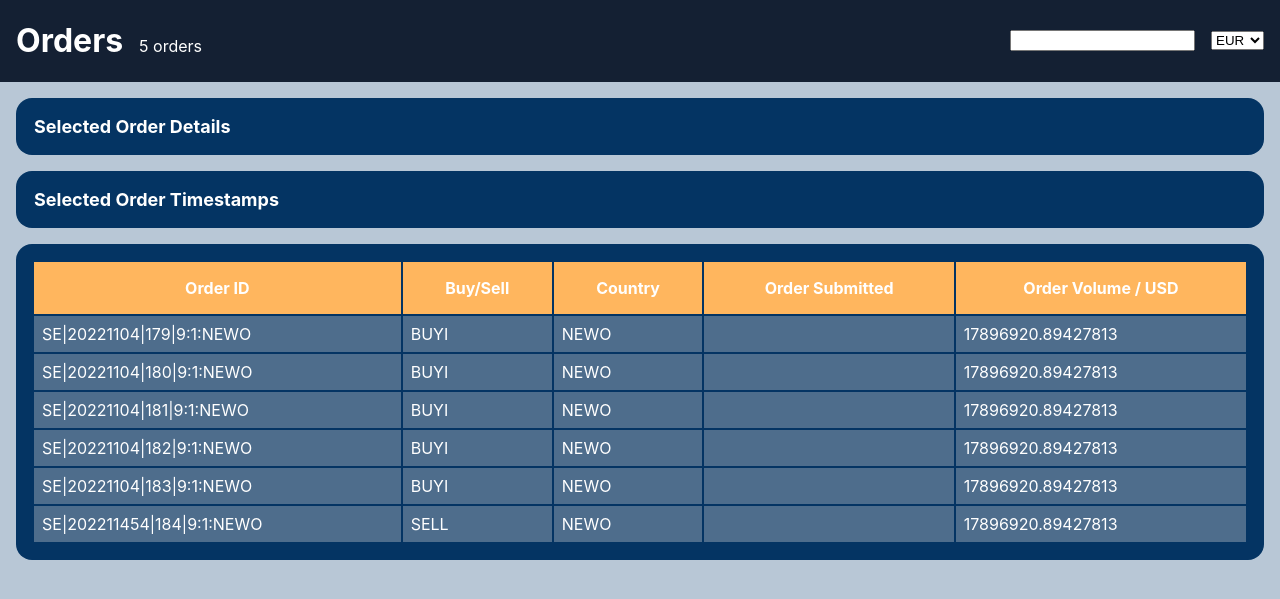
Repository: PreetiToppo/Assignment_Question_1
Page: /
These files come from the project's save history. The page is drawn as it stood at one moment and after a run of saves; the edit follows.
The browser window is 1280 px wide. The pictures show the whole page.
The project was rebuilt for these pictures with package versions that can differ from the ones it lists, and the page was loaded fresh each time.

Above is the page before, as saved 2023-08-04 19:20:18.

After the next 3 saves:
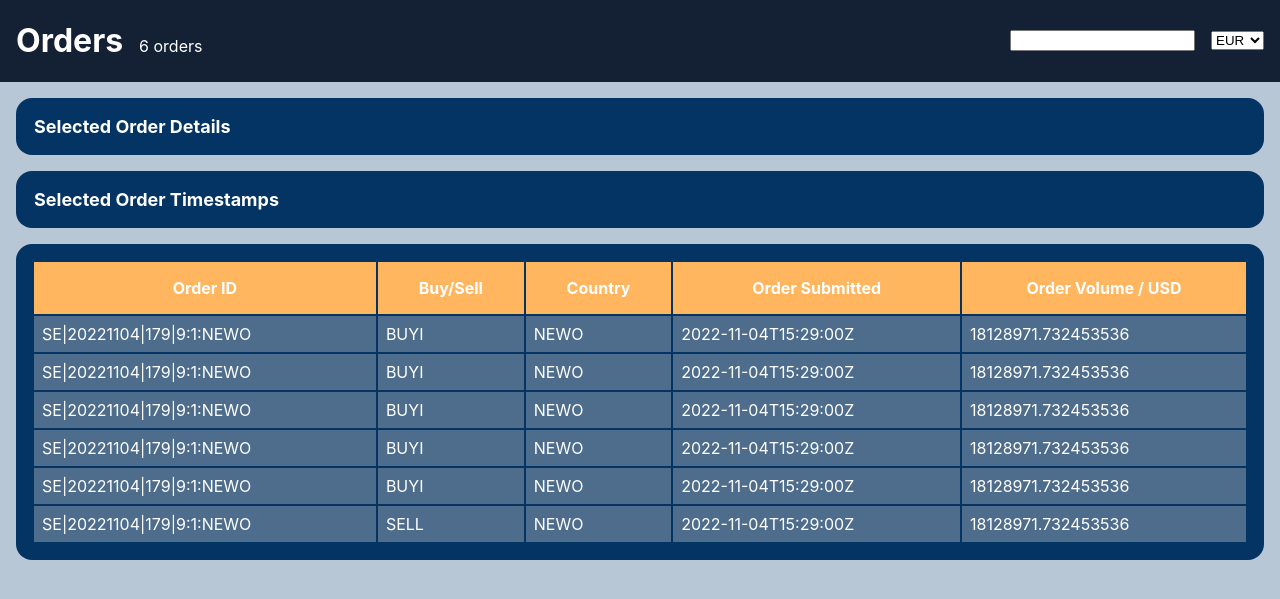
The 3 saves are shown as one change because 2 did not build or start.
The last was saved 110 s later.
--- a/src/pages/Dashboard.jsx
+++ b/src/pages/Dashboard.jsx
@@ -17,26 +17,27 @@ import Card from "../component/card/Card";
 const Dashboard = () => {
   const [currency, setCurrency] = useState("EUR");
   const [searchText, setSearchText] = useState("");
+  const [mergedData, setMergedData] = useState([]);
   const [selectedOrderDetails, setSelectedOrderDetails] = useState({});
   const [selectedOrderTimeStamps, setSelectedOrderTimeStamps] = useState({});
 
-  const merged = () => {
-    const mergedData = mockData.results.map((order, index) => {
-      const timestampsData = timestamps.results[index]?.timestamps;
-      if (timestampsData) {
-        return { ...order, timestamps: timestampsData };
-      }
-      return order;
-    });
-    return { ...mockData, results: mergedData };
-  };
-
-  const data = merged();
+  useEffect(() => {
+    // Merge the data based on the common id
+    const mergedData = mockData.results.map((item1) => ({
+      ...item1,
+      ...timestamps.results.find((item2) => item2.id === item1.id),
+    }));
+    setMergedData(mergedData);
+  }, []);
 
   return (
     <div>
       <div className={styles.header}>
-        <HeaderTitle primaryTitle="Orders" secondaryTitle="5 orders" />
+        <HeaderTitle
+          primaryTitle="Orders"
+          secondaryTitle={`${mockData.results.length}
+          orders`}
+        />
         <div className={styles.actionBox}>
           <Search
             value={searchText}
@@ -90,7 +91,7 @@ const Dashboard = () => {
             title="Selected Order Timestamps"
           />
         </div>
-        <List rows={data.results} currency={currency} search={searchText} />
+        <List rows={mergedData} currency={currency} search={searchText} />
       </div>
     </div>
   );
--- a/src/component/list/List.jsx
+++ b/src/component/list/List.jsx
@@ -6,7 +6,7 @@ import ListHeaderCell from "./ListHeaderCell";
 
 import styles from "./List.module.css";
 
-const List = ({ rows }) => {
+const List = ({ rows, currency, search }) => {
   return (
     <table className={styles.container}>
       <thead>
@@ -19,15 +19,23 @@ const List = ({ rows }) => {
         </ListHeader>
       </thead>
       <tbody>
-        {rows.map((row) => (
-          <ListRow>
-            <ListRowCell>{row["&id"]}</ListRowCell>
-            <ListRowCell>{row.executionDetails.buySellIndicator}</ListRowCell>
-            <ListRowCell>{row.executionDetails.orderStatus}</ListRowCell>
-            <ListRowCell>{row.orderSubmitted}</ListRowCell>
-            <ListRowCell>{row.bestExecutionData.orderVolume.USD}</ListRowCell>
-          </ListRow>
-        ))}
+        {rows
+          .filter((order) => {
+            return search.toUpperCase() === ""
+              ? order
+              : order["&key"].toUpperCase().includes(search);
+          })
+          .map((row, index) => (
+            <ListRow key={index}>
+              <ListRowCell>{row["&id"]}</ListRowCell>
+              <ListRowCell>{row.executionDetails.buySellIndicator}</ListRowCell>
+              <ListRowCell>{row.executionDetails.orderStatus}</ListRowCell>
+              <ListRowCell>{row.timestamps.orderSubmitted}</ListRowCell>
+              <ListRowCell>
+                {row.bestExecutionData.orderVolume[currency]}
+              </ListRowCell>
+            </ListRow>
+          ))}
       </tbody>
     </table>
   );
